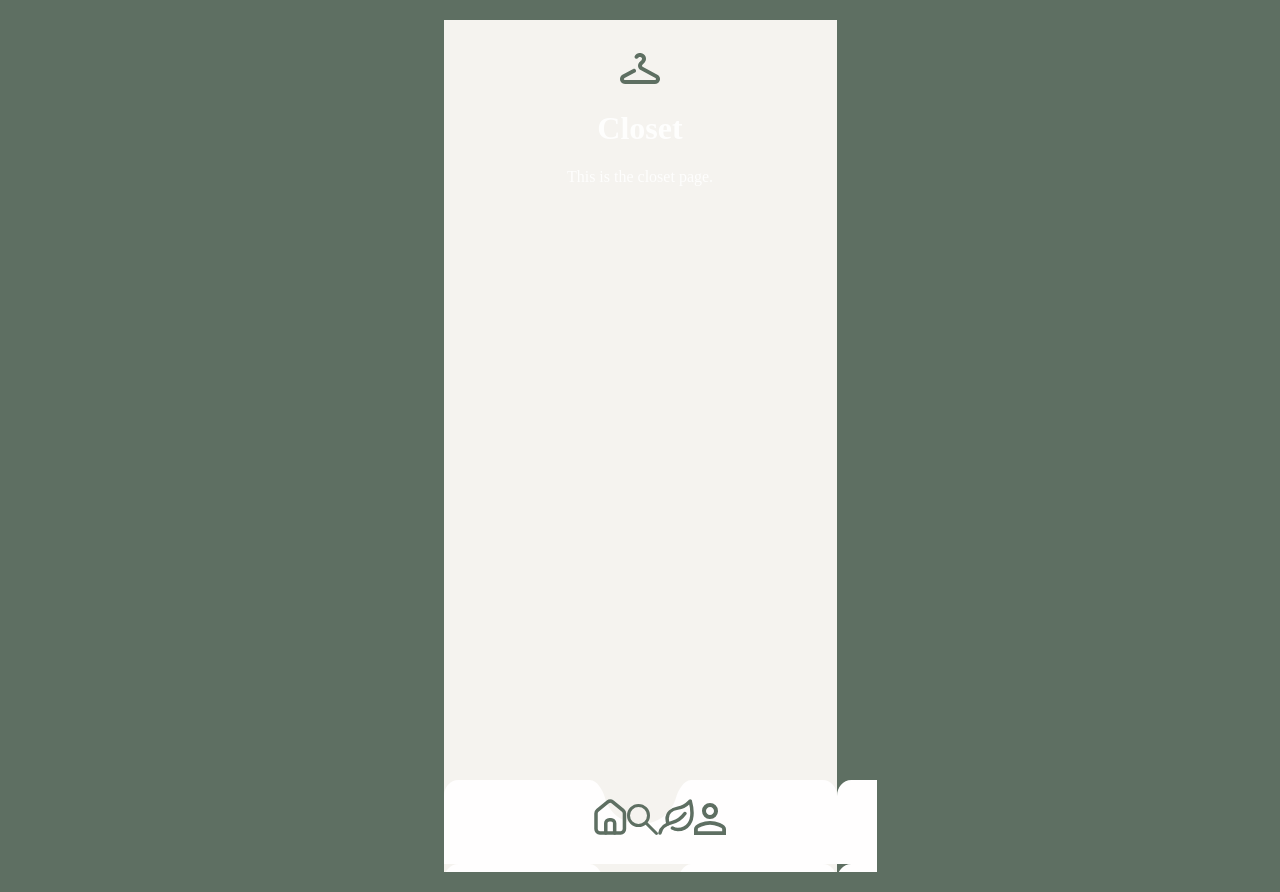
Repository: Strawb3rryjam/app-slotion
Page: /closet
An editor plug-in stored every save of this project. The page is shown before and after the next save, followed by the edit.
The browser window is 1280 px wide. The pictures show the whole page.
The project was rebuilt for these pictures with package versions that can differ from the ones it lists, and the page was loaded fresh each time. Also part of the build but not shown: vite.config.js. Imported but missing from the stored project, and not drawn on this page: src/pages/Home.

Above is the page before, as saved 2025-05-09 02:20:06.

After the next save:
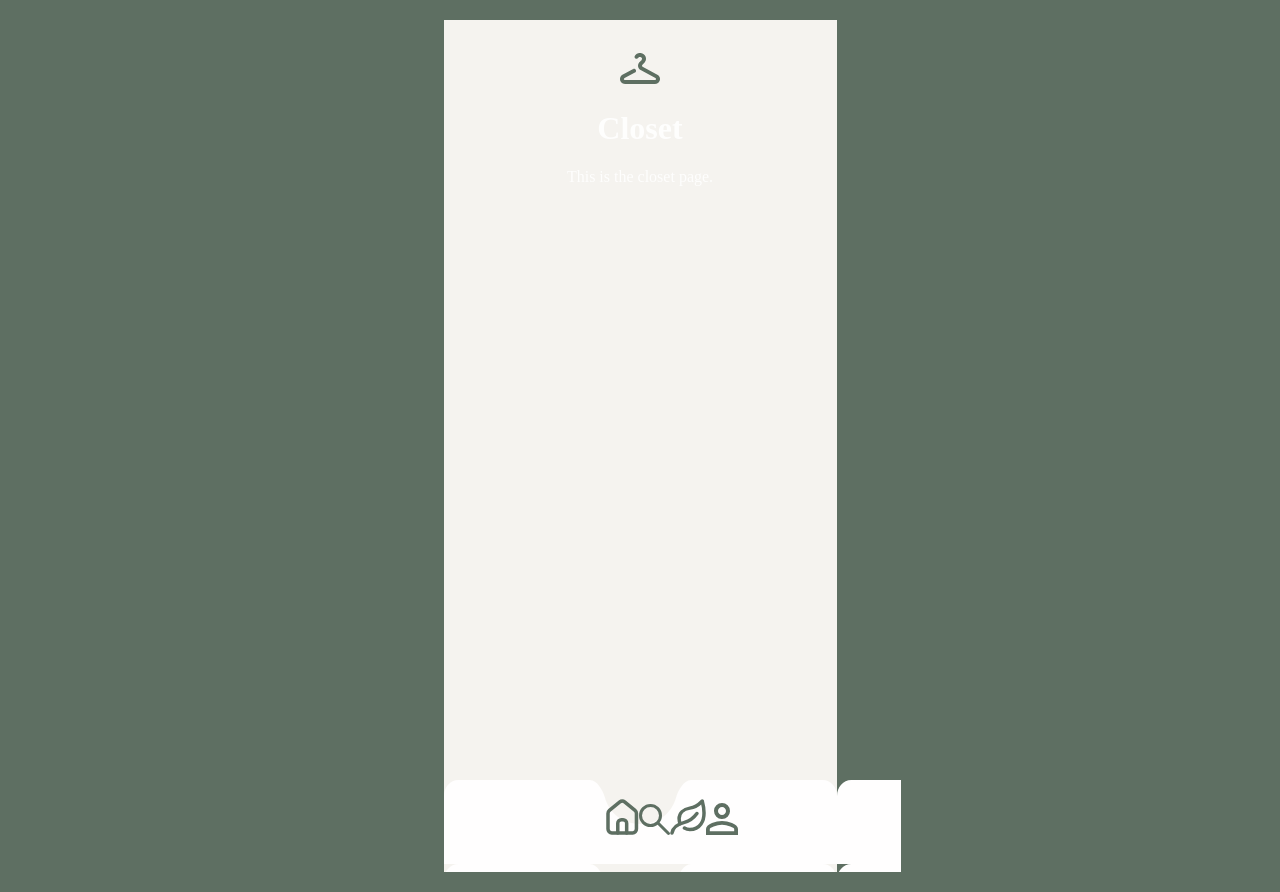
Saved 11 s later.
--- a/src/css/NavBar.module.css
+++ b/src/css/NavBar.module.css
@@ -11,7 +11,7 @@
     display: flex;
     justify-content: center;  /* Align the navbar content centrally */
     background-image: url(../assets/NavBar.svg);
-    width: 369px;
+    width: 393px;
 
   }
 
